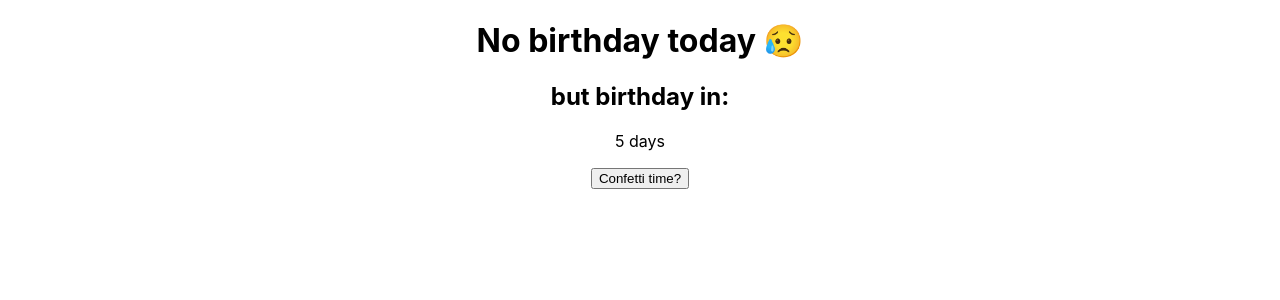
Repository: David-Waite/HannahsBirthdayWebsite
Page: /
An editor plug-in stored every save of this project. The page is shown before and after a run of saves, followed by the edit.
The browser window is 1280 px wide. The pictures show the whole page.
The project was rebuilt for these pictures with package versions that can differ from the ones it lists, and the page was loaded fresh each time.

Above is the page before, as saved 2023-03-30 17:49:43.

### src/App.js
import "./App.css";

import Confetti from "react-confetti";

import { useState } from "react";

function App() {
  const [confetti, setConfetti] = useState(null);

  function rainConfetti() {
    if (isBirthdayToday()) {
      setConfetti(true);
    }
  }

  function isBirthdayToday() {
    const date = new Date();

    if (date.getMonth() === 3 && date.getDate() === 5) {
      return true;
    }
    return false;
  }

  function getDaysUntilBirthday() {
    const date = new Date();
    const hannahBday = new Date(date.getFullYear(), 3, 5);
    const oneDay = 1000 * 60 * 60 * 24;

    const daysUntilBirthday =
      Math.ceil(hannahBday.getTime() - date.getTime()) / oneDay;
    return daysUntilBirthday;
  }

  let buttonText = "";

  if (confetti == null) {
    buttonText = "Confetti time?";
  } else if (isBirthdayToday()) {
    buttonText = "Yes";
  } else {
    buttonText = "Not yet";
  }
  // 5th april
  let birthdayText = "";
  if (isBirthdayToday()) {
    birthdayText = <h1>Happy birthday!🥳</h1>;
  } else {
    birthdayText = (
      <>
        <h1>No birthday today 😥</h1>
        <h2>but birthday in:</h2>
        <p>{Math.floor(getDaysUntilBirthday())} days</p>
      </>
    );
  }
  console.log(isBirthdayToday());
  const date = new Date();

  return (
    <div className="App">
      {confetti && <Confetti />}

      {birthdayText}
      <button onClick={rainConfetti}>{buttonText}</button>
    </div>
  );
}

export default App;

Loaded but not shown: public/index.html (common file); src/index.js (common file); src/index.css (common file); src/reportWebVitals.js (common file); src/App.css (common file)

After the next 2 saves:
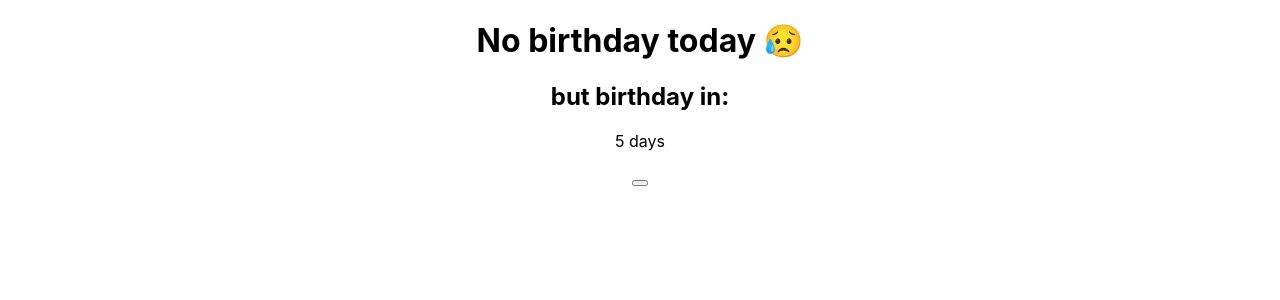
The 2 saves are shown as one change because 1 did not build or start.
The last was saved 36 s later.
--- a/src/App.js
+++ b/src/App.js
@@ -34,13 +34,6 @@ function App() {
 
   let buttonText = "";
 
-  if (confetti == null) {
-    buttonText = "Confetti time?";
-  } else if (isBirthdayToday()) {
-    buttonText = "Yes";
-  } else {
-    buttonText = "Not yet";
-  }
   // 5th april
   let birthdayText = "";
   if (isBirthdayToday()) {
